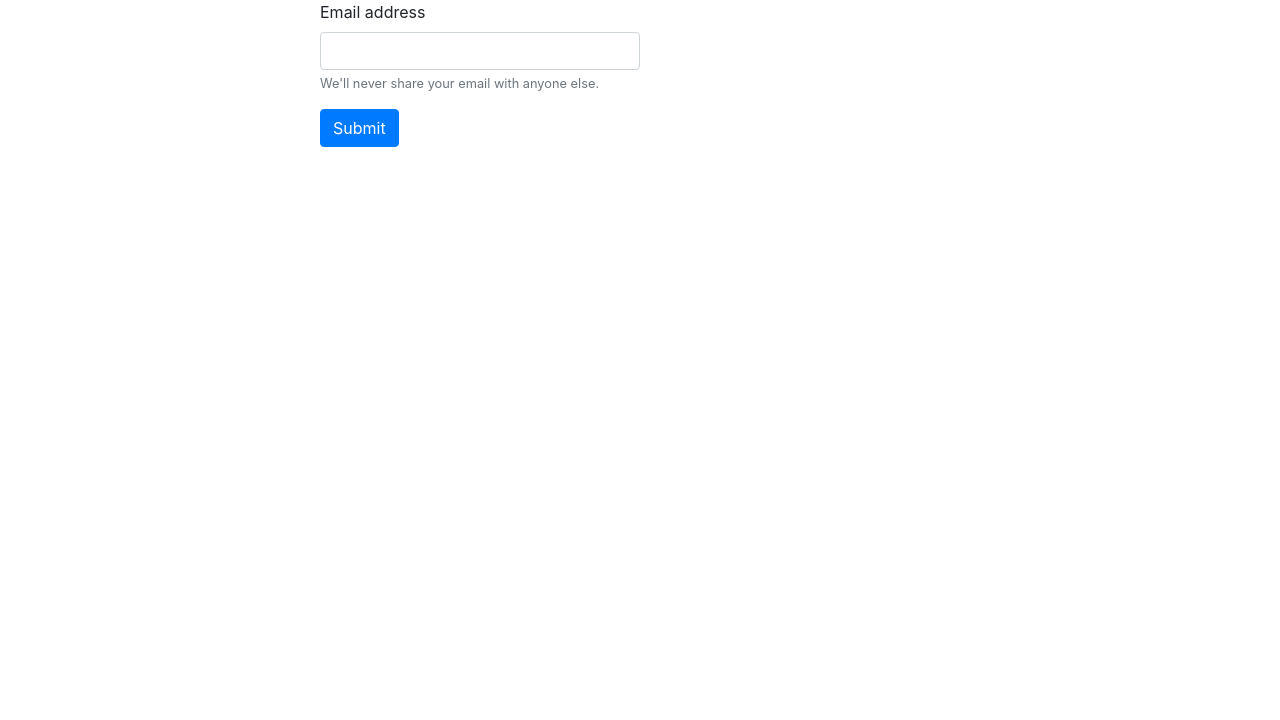
Repository: DhananjayaLakshan/PHP_CRUD_OOP1
Page: http://localhost/signup.php
These files come from the project's save history. The page is drawn as it stood at one moment and after the next save; the edit follows.
The browser window is 1280 px wide. The pictures show the whole page.
The page is run by PHP 8.4 with error messages shown; the project is at /var/www/html/.

Above is the page before, as saved 2023-11-30 12:10:21.

After the next save:
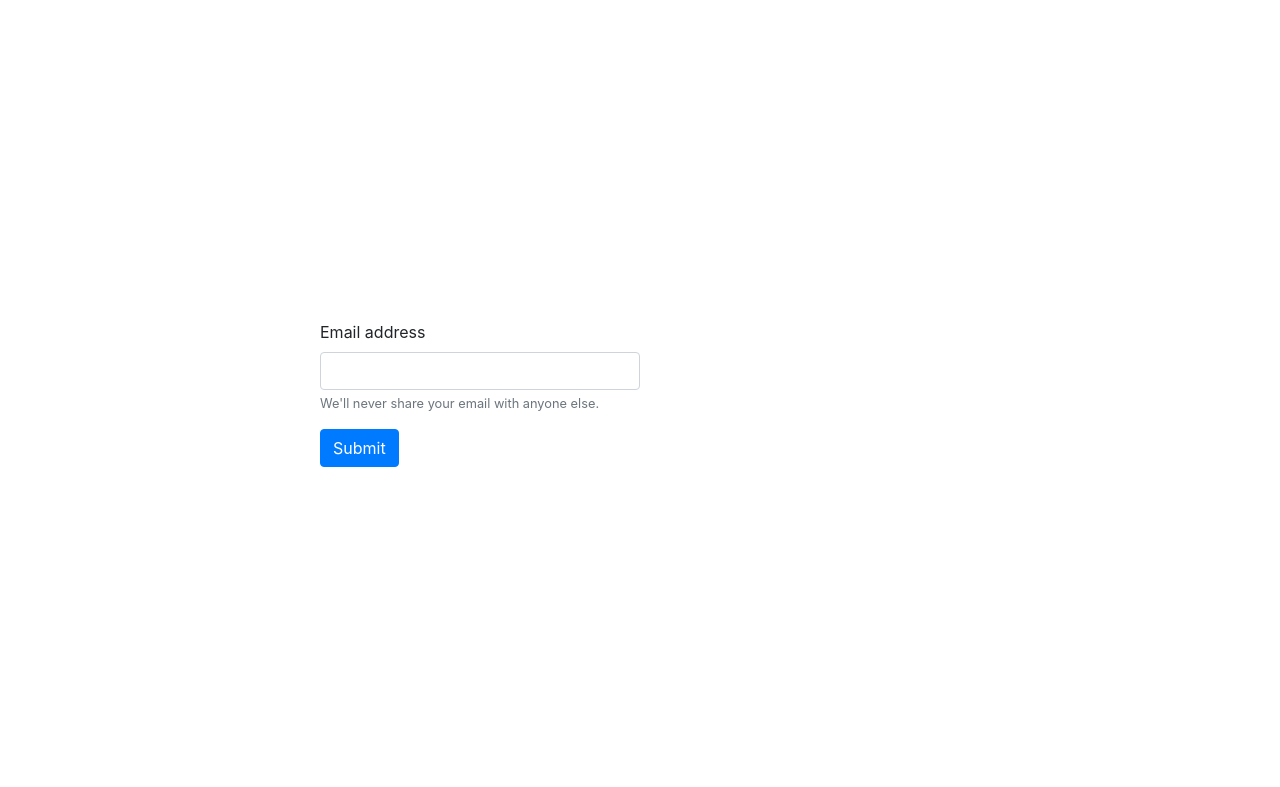
Saved 7 s later.
--- a/signup.php
+++ b/signup.php
@@ -13,7 +13,7 @@
 
 <body>
 
-    <form action="" method="post" style="width: 25%; margin-left: 25%;">
+    <form action="" method="post" style="width: 25%; margin: 25%;">
         <div class="form-group">
             <label for="exampleInputEmail1">Email address</label>
             <input type="email" class="form-control" id="exampleInputEmail1" aria-describedby="emailHelp">
